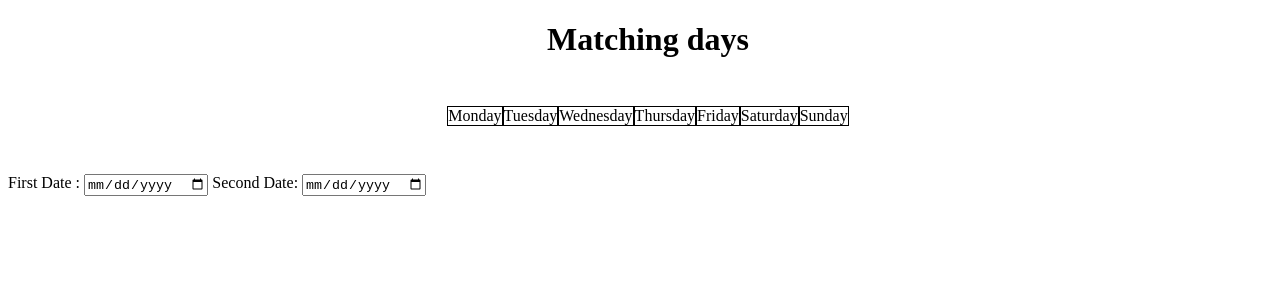
Repository: lasity34/matching-days
Page: index.html
These files come from the project's save history. The page is drawn as it stood at one moment and after the next save; the edit follows.
The browser window is 1280 px wide. The page is 1288 px wide, so the pictures cover 1288 px, including what lies to the right of the window. The pictures show the whole page.
Some web libraries are served in a nearby version.

Above is the page before, as saved 2023-05-10 10:16:17.

After the next save:
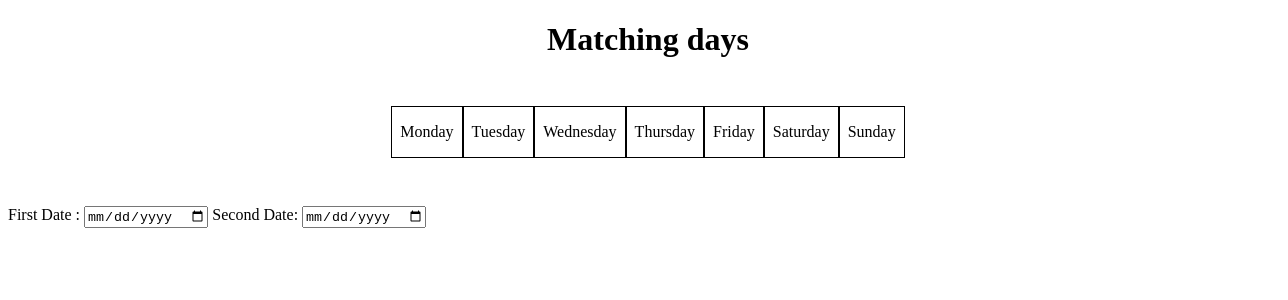
Saved 70 s later.
--- a/style.css
+++ b/style.css
@@ -16,4 +16,5 @@ h1 {
 
 .day_box {
     border: 1px solid black;
+    padding: 1em 0.5em
 }
